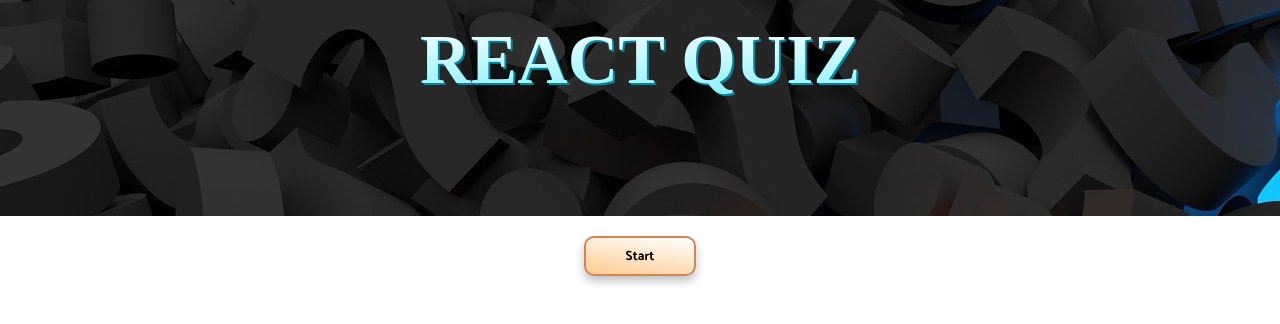
Repository: KrzysKolo/quizAPP
Page: /
These files come from the project's save history. The page is drawn as it stood at one moment and after the next save; the edit follows.
The browser window is 1280 px wide. The pictures show the whole page.
The project was rebuilt for these pictures with package versions that can differ from the ones it lists, and the page was loaded fresh each time. Also part of the build but not shown: src/components/QuestionCard.style.ts, src/components/QuestionCard.tsx.

Above is the page before, as saved 2021-04-25 00:20:04.

After the next save:
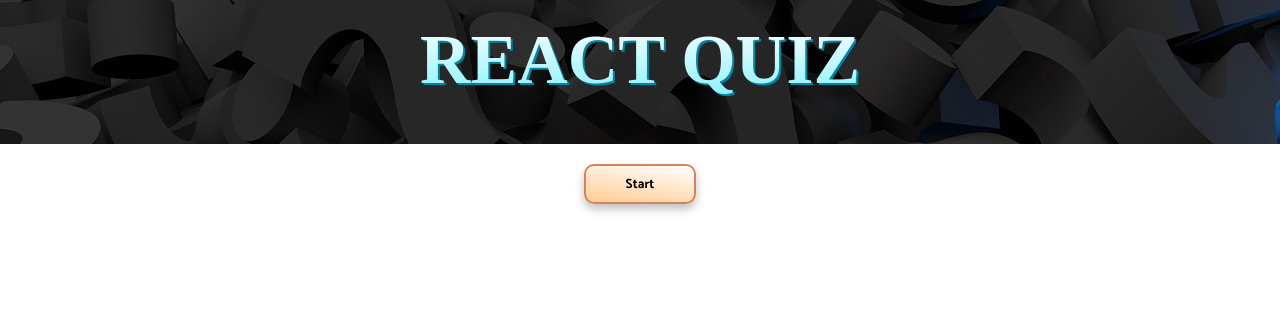
Saved 13 s later.
--- a/src/App.style.ts
+++ b/src/App.style.ts
@@ -28,7 +28,7 @@ export const Wrapper = styled.div`
   align-items: center;
   .header {
     background-image: url(${BGImage});
-    height: 30vh;
+    height: 20vh;
     width: 100vw;
   }
   > p {
